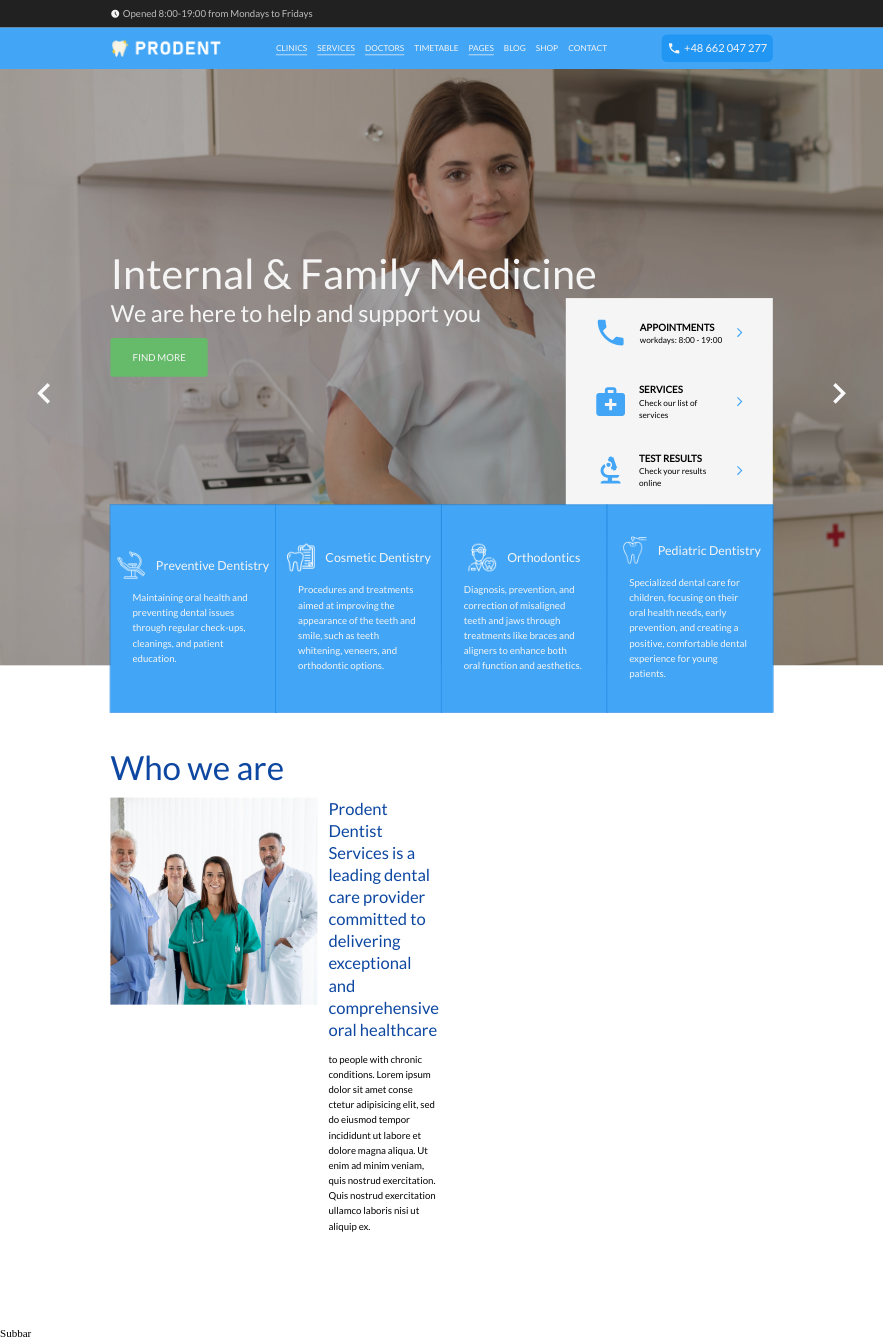
Repository: princ3-web/8
Page: /
The author's editor kept a copy of each file at every save. The page is drawn from the files as they stood at one save, then again after a run of saves.
The browser window is 1280 px wide. The pictures show the whole page, at 69% of full size.
The project was rebuilt for these pictures with package versions that can differ from the ones it lists, and the page was loaded fresh each time. Also part of the build but not shown: vite.config.js, src/subpages/About.jsx, src/index.css.

Above is the page before, as saved 2023-11-02 15:22:57.

After the next 2 saves:
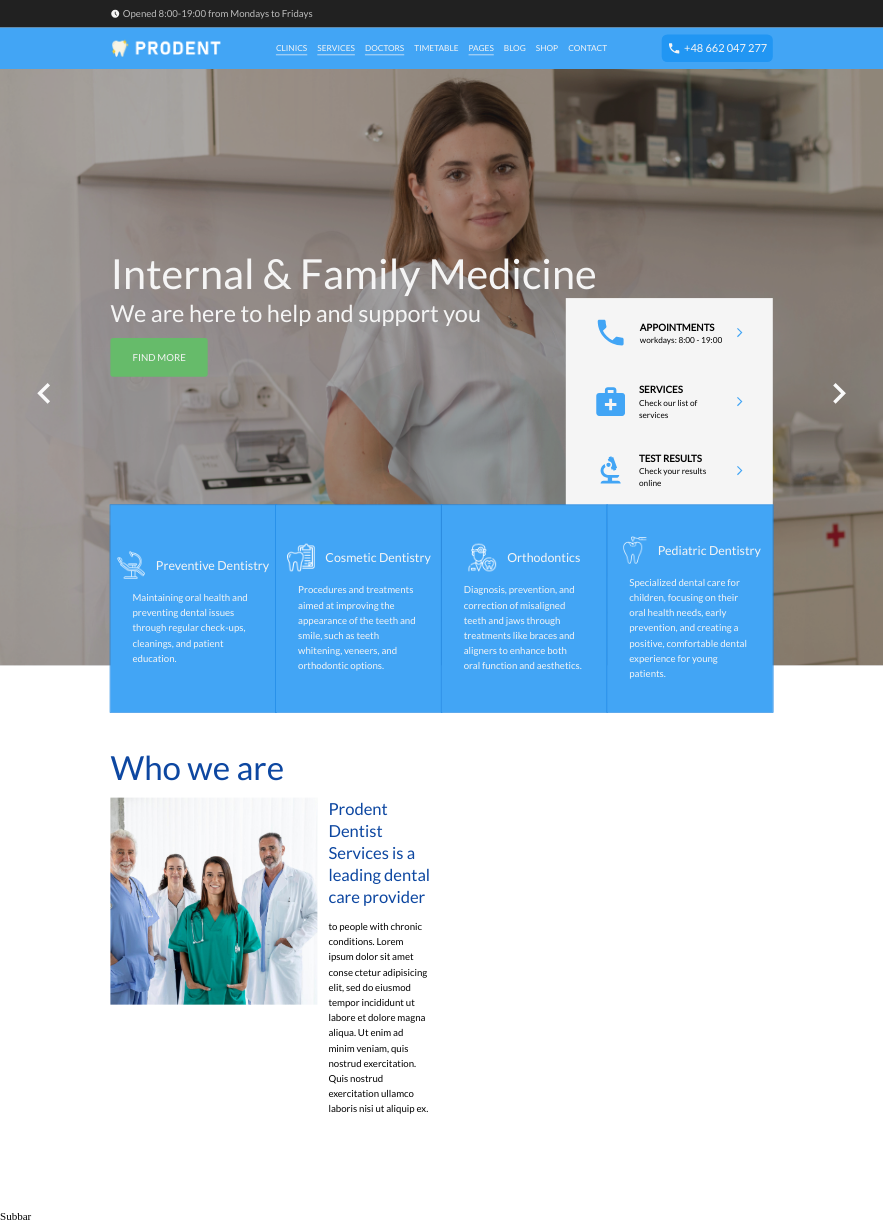
The 2 saves are shown as one change because they came seconds apart.
The last was saved 19 s later.
--- a/src/subpages/Home.jsx
+++ b/src/subpages/Home.jsx
@@ -243,7 +243,7 @@ const Home = () => {
           />
           <Box sx={{p:"1rem"}}>
             <Typography variant="h5" sx={{mb:"1rem"}}  color={blue[900]}>
-            Prodent Dentist Services is a leading dental care provider committed to delivering exceptional and comprehensive oral healthcare
+            Prodent Dentist Services is a leading dental care provider
             </Typography>
 
           <Typography  variant="subtitle2">
